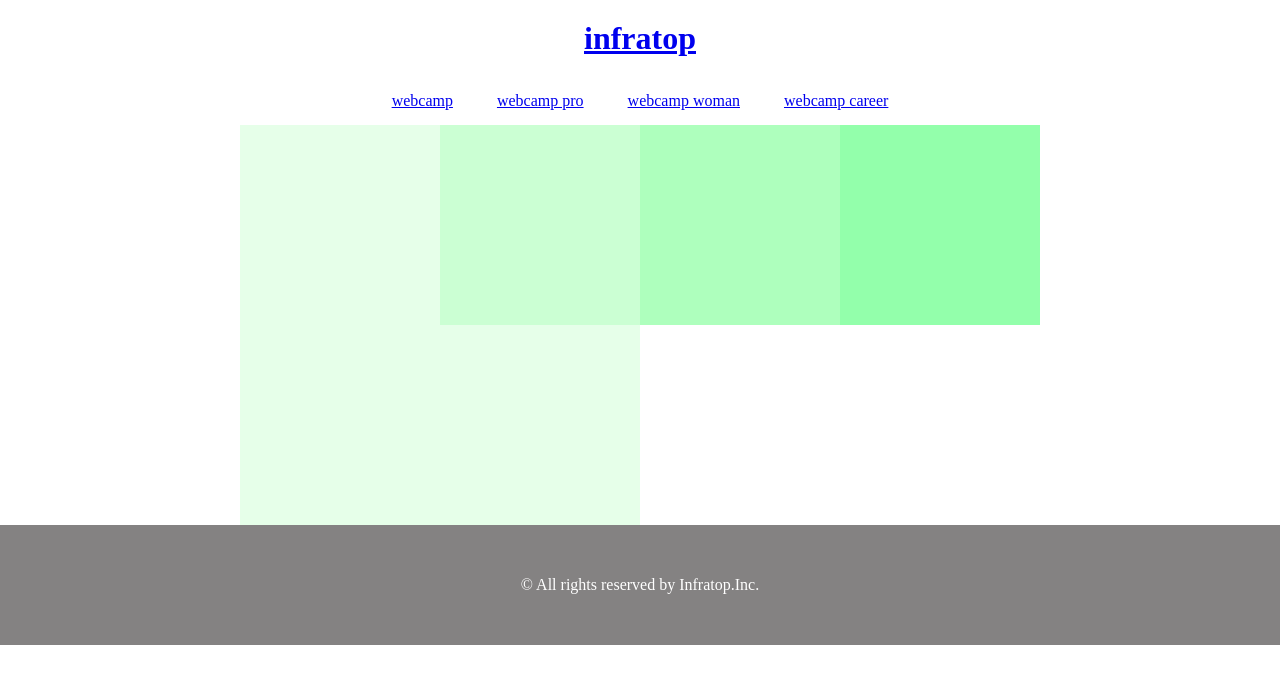
Repository: achoko3/Practice-problem
Page: chapter4/chapter4.html
The author's editor kept a record of every edit. The page is drawn from the files as they stood at one moment, then again after the next edit.
The browser window is 1280 px wide. The pictures show the whole page.

Above is the page before.

### chapter4/chapter4.html
<!DOCTYPE html>
<html lang="ja">
  <head>
    <meta charset="UTF-8" />
    <!-- CSSファイルの読み込み -->
    <link rel="stylesheet" href="chapter4.css" />
    <title>chapter4</title>
  </head>

  <body>
    <header>
      <h1><a href="http://infratop.jp/">infratop</a></h1>
    </header>
    <nav>
      <ul class="nav-list">
        <li class="nav-list-item">
         <a href="http://web-camp.io/" >webcamp</a>
        </li>
        <li class="nav-list-item">
          <a href="http://web-camp.io/pro/" >webcamp pro</a>
        </li>
        <li class="nav-list-item">
          <a href="http://web-camp.io/woman/" >webcamp woman</a>
        </li>
        <li class="nav-list-item">
          <a href="http://web-camp.io/career/" >webcamp career</a>
        </li>
      </ul>
    </nav>
    <!-- box1用のdiv -->

    <div class="main">
      <div class="box1"></div>
      <div class="box2"></div>
      <div class="box3"></div>
      <div class="box4"></div>
      <div class="box5"></div>
      <div class="box6"></div>
      <div class="box7"></div>
      <div class="box8"></div>
      <div class="box9"></div>
      <div class="box10"></div>
      <div class="box11"></div>
      <div class="box12"></div>
    </div>
    <footer>
      <p class="footer-text">© All rights reserved by Infratop.Inc.</p>
    </footer>

  </body>
</html>

### chapter4/chapter4.css
/* ブラウザがそれぞれ持っているCSSをリセットするための記述 */
*{
 margin: 0;
 padding: 0;
 box-sizing: border-box;
}

header{
  width:100%;
  padding:20px 0;
  margin:0 auto;
  text-align:center;
}


.nav-list{
  text-align:center;
  padding:15px 0;
  margin:0 auto;
}

.nav-list-item{
  list-style:none;
  display:inline-block;
  margin:0 20px;
}



.main{
  width:800px;
  display:flex;
  margin:0 auto;
  flex-wrap: wrap;
}

.box1{
  width:200px;
  height:200px;
  background-color:#e6ffe9;
}

.box2{
  width:200px;
  height:200px;
  background-color:#cbffd3;
}

.box3{
  width:200px;
  height:200px;
  background-color:#aeffbd;
}

.box4{
  width:200px;
  height:200px;
  background-color:#93ffab;
}

.box5{
  width:200px;
  height:200px;
  background-color:#e6ffe9;
}

.box6{
  width:200px;
  height:200px;
  background-color:#e6ffe9;
}

footer{
  width:100%;
  height:120px;
  text-align: center;
  line-height: 120px;
  background-color: #848282;
}
.footer-text {
color: #fff;

}

After the next edit:
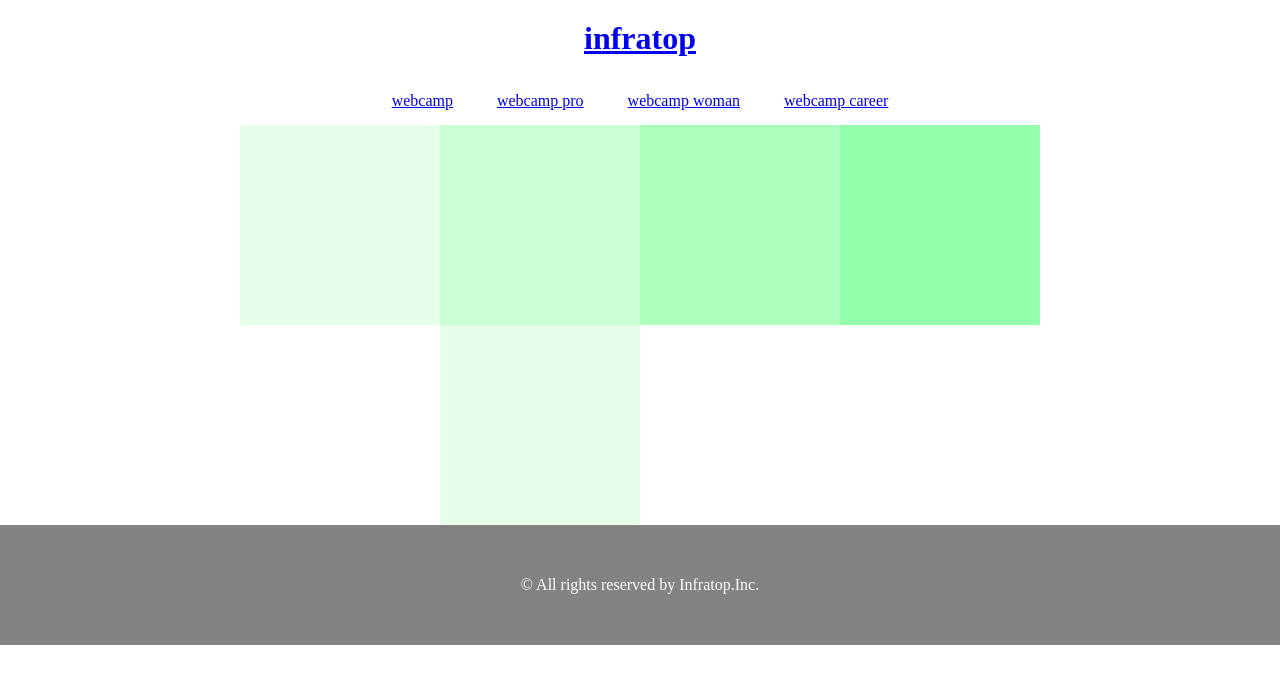
The edit:
--- a/chapter4/chapter4.css
+++ b/chapter4/chapter4.css
@@ -61,7 +61,7 @@
 .box5{
   width:200px;
   height:200px;
-  background-color:#e6ffe9;
+  background-color:;
 }
 
 .box6{
